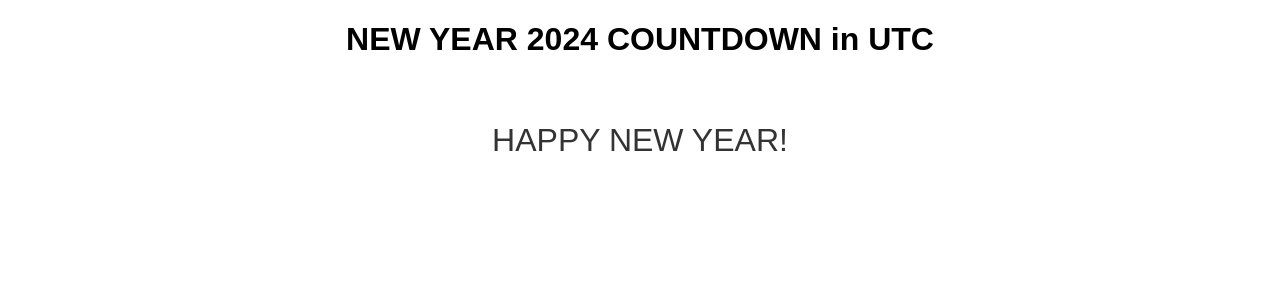
Repository: end888160/end888160.github.io
Page: countdown.html
The author's editor kept a copy of each file at every save. The page is drawn from the files as they stood at one save, then again after the next save.
The browser window is 1280 px wide. The pictures show the whole page.

Above is the page before, as saved 2024-09-21 21:03:06.
Console error: TypeError: countdown is not a function

### countdown.html
<!DOCTYPE html>
<html lang="en">
<head>
	<meta charset="UTF-8">
	<meta name="viewport" content="width=device-width, initial-scale=1.0">
	<meta name="description" content="Let's celebrate the New Year!">
	<title>Countdown</title>
	<style>
	#countdown {
		display: flex;
		justify-content: center;
		align-items: center;
		font-family: Arial, Helvetica, sans-serif;
		font-size: xx-large;
		margin-top: 5%;
		color: #333;
	}

	.countdown-item {
		margin: 0 10px;
		text-align: center;
	}

	.countdown-value {
		font-size: 2em;
		font-weight: bold;
	}

	.countdown-label {
		font-size: 0.8em;
		color: #777;
	}
	td {
		padding-left: 20px;
		padding-right: 20px;
	}
	h1 {
		text-align: center;
		font-family: Arial, Helvetica, sans-serif;
		font-size: xx-large;
	}
	@media (prefers-color-scheme: light) {
		html {
			background-color: white;
			color: black;
		}
	}
	@media (prefers-color-scheme: dark) {
		.countdown-item {
			color: #bbb
		}
			html {
			background-color: black;
			color: white;
		}
	}

	</style>
</head>
<body>
	<h1 id="header"></h1>
	<div id="countdown">
	<table class="countdown-item">
	<tr>
		<td><span class="countdown-value" id="days"></span></td>
		<td><span class="countdown-value" id="hours"></span></td>
		<td><span class="countdown-value" id="minutes"></span></td>
		<td><span class="countdown-value" id="seconds"></span></td>
		<td><span class="countdown-value" id="mseconds"></span><span class="countdown-label"></span></td>
	</tr>
		<td><span class="countdown-label">Days</span></td>
		<td><span class="countdown-label">Hours</span></td>
		<td><span class="countdown-label">Minutes</span></td>
		<td><span class="countdown-label">Seconds</span></td>
		<td></td>
</table>

<h2 id="debug"></h2>

<script>

// Update the count down every 1 second]
if ( new Date().getMonth() + 1 === 1 )  {
    var IfMonth = true
} else {
	var IfMonth = "false"
}
if ( new Date().getDate() === 1 )  {
    var IfDate = true
} else {
	var IfMonth = "false"
}
if ( IfMonth === IfDate ) {
    var countDownTarget = new Date().getFullYear();
} else {
	var countDownTarget = new Date().getFullYear() + 1;
}


var x = setInterval(function countdown() {

	// Set the date we're counting down to
	var countDownDate = new Date("Jan 1, " + countDownTarget + " 00:00:00").getTime();
	var currentTimeZone = Intl.DateTimeFormat().resolvedOptions().timeZone

	// Get today's date and time
	var now = new Date().getTime();

	// Find the distance between now and the count down date
	var distance = countDownDate - now;

	// Time calculations for days, hours, minutes and seconds
	var days = Math.floor(distance / (1000 * 60 * 60 * 24));
	var hours = Math.floor((distance % (1000 * 60 * 60 * 24)) / (1000 * 60 * 60));
	const hour = hours < 10 ? "0" + hours : hours;
	var minutes = Math.floor((distance % (1000 * 60 * 60)) / (1000 * 60));
	const minute = minutes < 10 ? "0" + minutes : minutes;
	var seconds = Math.floor((distance % (1000 * 60)) / 1000);
	const second = seconds < 10 ? "0" + seconds : seconds;
	var mseconds = Math.floor(distance % 1000);
	const msecond = mseconds < 10 ? "0" + "0" + mseconds : mseconds < 100 ? "0" + mseconds : mseconds;

	// Display the result in the element with id="countdown"
	document.getElementById("days").innerHTML = days;
	document.getElementById("hours").innerHTML = hour;
	document.getElementById("minutes").innerHTML = minute;
	document.getElementById("seconds").innerHTML = second;
	document.getElementById("mseconds").innerHTML = msecond;
	if ( currentTimeZone === "undefined" ) {
		document.getElementById("header").innerHTML = "NEW YEAR " + countDownTarget + " COUNTDOWN"
	} else {
		document.getElementById("header").innerHTML = "NEW YEAR " + countDownTarget + " COUNTDOWN in " + currentTimeZone;
	}


	// If the count down is finished, write some text
	if (distance < 0) {
		clearInterval(x);
		document.getElementById("countdown").innerHTML = "HAPPY NEW YEAR!";
	}
	setTimeout(countdown, 1);
}, 0);
document.title = "Countdown to " + countDownTarget;
countdown()
</script>
</body>
</html>

After the next save:
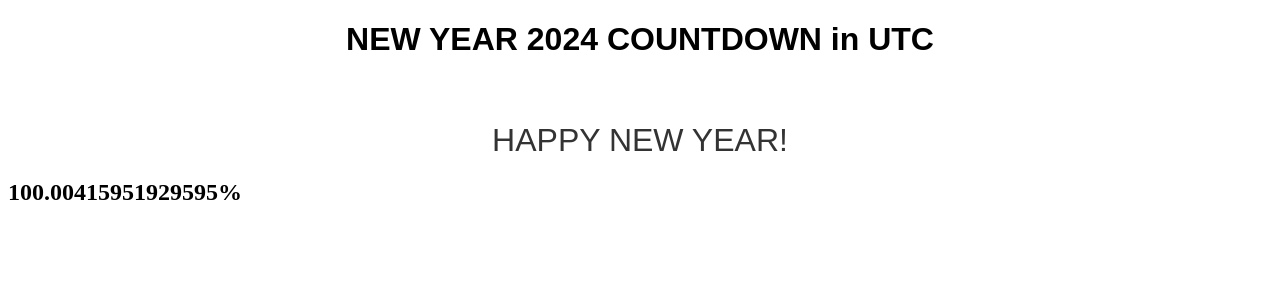
Saved 50 s later.
--- a/countdown.html
+++ b/countdown.html
@@ -74,8 +74,8 @@
 		<td><span class="countdown-label">Seconds</span></td>
 		<td></td>
 </table>
-
-<h2 id="debug"></h2>
+</div>
+<h2 id="test"></h2>
 
 <script>
 
@@ -126,6 +126,7 @@ var x = setInterval(function countdown() {
 	document.getElementById("minutes").innerHTML = minute;
 	document.getElementById("seconds").innerHTML = second;
 	document.getElementById("mseconds").innerHTML = msecond;
+	 document.getElementById("test").innerHTML = now / ( countDownDate ) * 100 + "%";
 	if ( currentTimeZone === "undefined" ) {
 		document.getElementById("header").innerHTML = "NEW YEAR " + countDownTarget + " COUNTDOWN"
 	} else {
